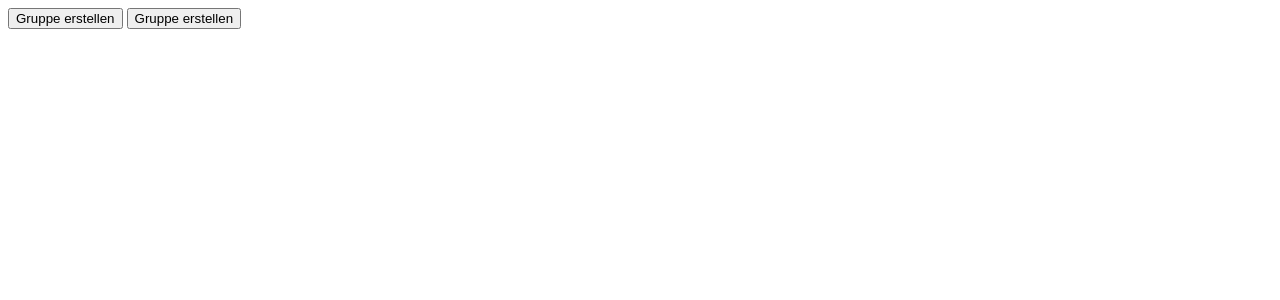
Repository: ubermanalex/DjCrowd
Page: ScaleYourFriends/online_home.html
The author's editor kept a copy of each file at every save. The page is drawn from the files as they stood at one save, then again after the next save.
The browser window is 1280 px wide. The pictures show the whole page.

Above is the page before, as saved 2013-06-11 15:43:42.

### ScaleYourFriends/online_home.html
<!--<ul data-role="listview" data-filter="true">
<li>
<a href="group.html" data-transition="slide">
<h1>Coole Gruppe</h1>
<img src="http://s2.favim.com/orig/37/best-friends-cute-finger-hand-love-Favim.com-302503.jpg">
<p>Erika Mustermann, Alexander Vielhauer</p>
</a>
</li>
<li>
<a href="group.html" data-transition="slide">
<img src="http://www.automation-news.de/gruppe1.gif">
<h1>Gruppe1</h1>
<p>Norine,Kirstin,Steffi,Alex</p>
</a>
</li>
<li>
<a href="group.html" data-transition="slide">
<img src="http://i44.tinypic.com/5eu812_th.png">
<h1>Gruppe2</h1>
<p>Peter</p>
</a>
</li>
</ul>-->

<form>

	<!-- Change "<li>test</li>" to whatever you want -->
	<!-- Change "0" to which list item to insert before (starts at 0, not 1) -->

	<input type='button' value="Gruppe erstellen" onClick="insertItem('thumbs',0)">
	<input type='button' value="Gruppe erstellen" onClick="testqwe()">
	<ul id="thumbs">

	</ul>

</form>

<script language="javascript">

	function insertItem(myid, position) {
		var groupname_input = prompt("Bitte Gruppennamen eingeben.")

		sock.onmessage = function(e) {
			console.log("message received: " + e.data);
			groupname = e.data.substr(10);
			var ul = document.getElementById(myid);
			var li = document.createElement("li");
			li.innerHTML = '<li>' + groupname + '</li>';
			ul.insertBefore(li, ul.getElementsByTagName("li")[position]);
		}

		sock.send("GROUPNAME: " + groupname_input);
	}

</script>

After the next save:
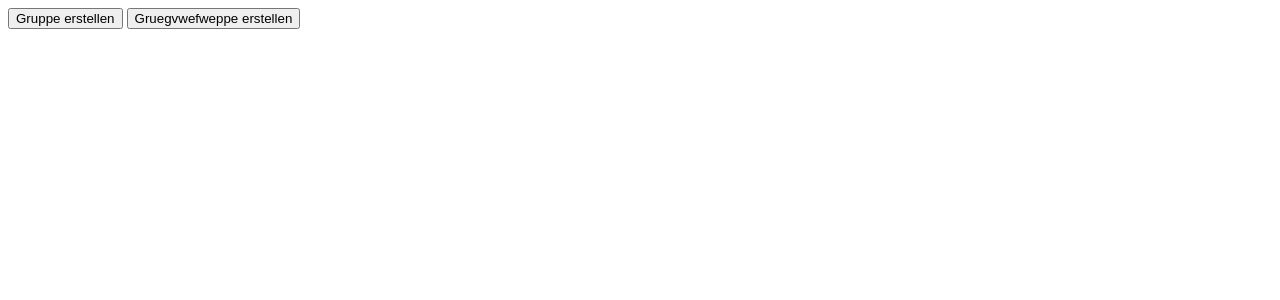
Saved 47 s later.
--- a/ScaleYourFriends/online_home.html
+++ b/ScaleYourFriends/online_home.html
@@ -28,7 +28,7 @@
 	<!-- Change "0" to which list item to insert before (starts at 0, not 1) -->
 
 	<input type='button' value="Gruppe erstellen" onClick="insertItem('thumbs',0)">
-	<input type='button' value="Gruppe erstellen" onClick="testqwe()">
+	<input type='button' value="Gruegvwefweppe erstellen" onClick="testqwe()">
 	<ul id="thumbs">
 
 	</ul>
